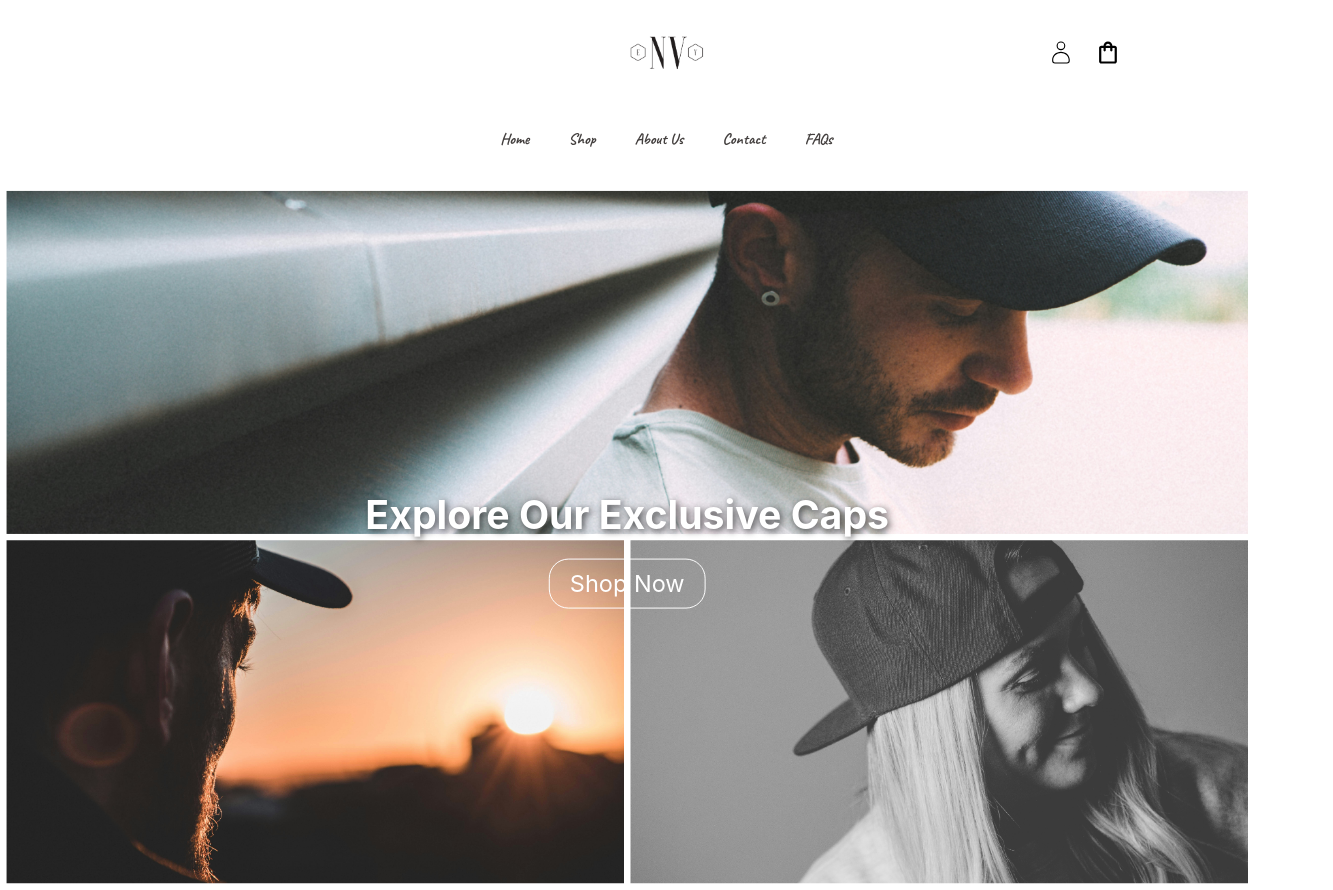
Repository: lasity34/new-envy
Page: / (app in my-new-envy/)
An editor plug-in stored every save of this project. The page is shown before and after the next save, followed by the edit.
The browser window is 1280 px wide. The page is 1360 px wide, so the pictures cover 1360 px, including what lies to the right of the window. The pictures show the whole page, at 98% of full size.
The project was rebuilt for these pictures with package versions that can differ from the ones it lists, and the page was loaded fresh each time.

Above is the page before, as saved 2024-04-22 11:22:14.

After the next save:
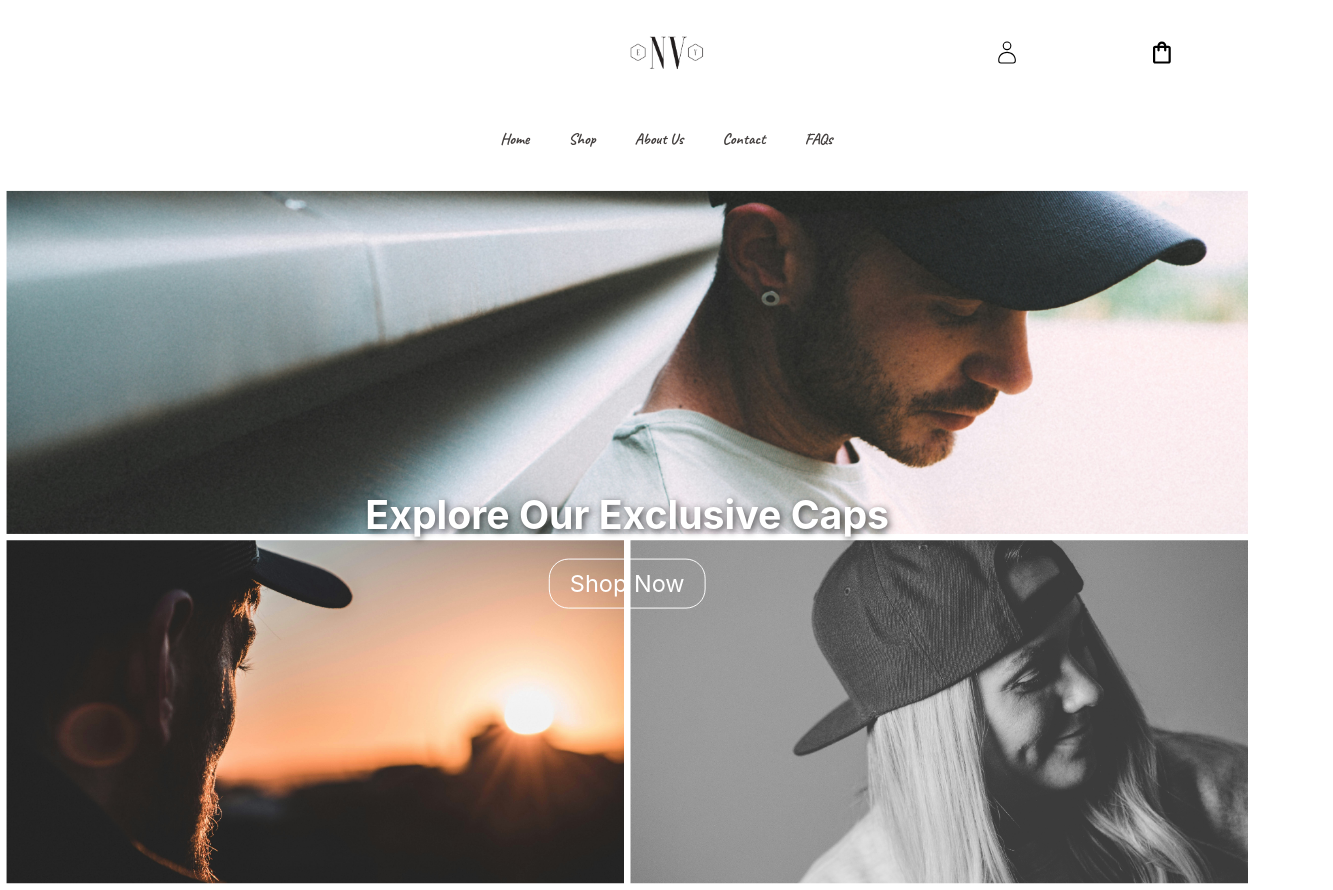
Saved 18 s later.
--- a/my-new-envy/src/components/Header.tsx
+++ b/my-new-envy/src/components/Header.tsx
@@ -38,13 +38,13 @@ const LogoContainer = styled.div`
 const AccountCartContainer = styled.div`
   flex: 1;
   display: flex;
-  justify-content: space-evenly; // Ensure icons are centered
+  justify-content: center; // Ensure icons are centered
   align-items: center;
 `;
 
 const IconNavLinks = styled.ul`
   display: flex;
-  justify-content: center; // This will ensure icons are evenly spaced
+  justify-content: space-evenly; // This will ensure icons are evenly spaced
   align-items: center;
   list-style: none;
   padding: 0; // Removes padding
